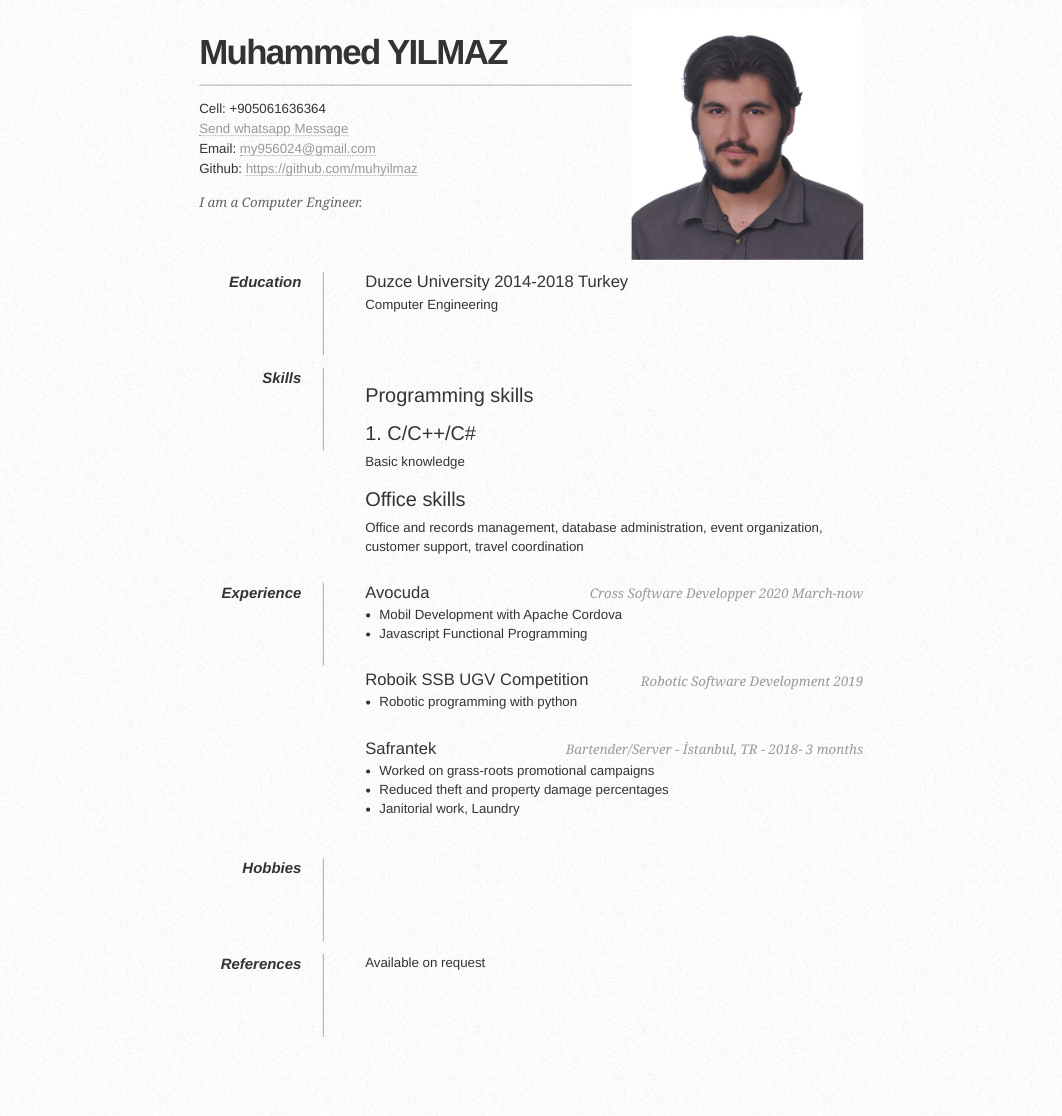
Repository: muhyilmaz/muhyilmaz.github.io
Page: index.html
These files come from the project's save history. The page is drawn as it stood at one moment and after the next save; the edit follows.
The browser window is 1280 px wide. The pictures show the whole page, at 83% of full size.

Above is the page before, as saved 2020-06-08 18:27:24.

### index.html
<!DOCTYPE html PUBLIC "-//W3C//DTD XHTML 1.0 Strict//EN"
"http://www.w3.org/TR/xhtml1/DTD/xhtml1-strict.dtd">

<html xmlns="http://www.w3.org/1999/xhtml" xml:lang="en" lang="en">

<head>

     <meta http-equiv="Content-Type" content="text/html; charset=utf-8"/>
     <meta name="viewport" content="width=device-width, initial-scale=1">
     <link rel="stylesheet" href="https://maxcdn.bootstrapcdn.com/bootstrap/3.4.1/css/bootstrap.min.css">
     <script src="https://ajax.googleapis.com/ajax/libs/jquery/3.5.1/jquery.min.js"></script>
     <script src="https://maxcdn.bootstrapcdn.com/bootstrap/3.4.1/js/bootstrap.min.js"></script>

     <title>MUHAMMED YILMAZ</title>

     <style type="text/css">
        * { margin: 0; padding: 0; }
        body { font: 16px Helvetica, Sans-Serif; line-height: 24px; background: url(images/noise.jpg); }
        .clear { clear: both; }
        #page-wrap { width: 800px; margin: 40px auto 60px; }
        #pic { float: right; margin: -30px 0 0 0; }
        h1 { margin: 0 0 16px 0; padding: 0 0 16px 0; font-size: 42px; font-weight: bold; letter-spacing: -2px; border-bottom: 1px solid #999; }
        h2 { font-size: 20px; margin: 0 0 6px 0; position: relative; }
        h2 span { position: absolute; bottom: 0; right: 0; font-style: italic; font-family: Georgia, Serif; font-size: 16px; color: #999; font-weight: normal; }
        p { margin: 0 0 16px 0; }
        a { color: #999; text-decoration: none; border-bottom: 1px dotted #999; }
        a:hover { border-bottom-style: solid; color: black; }
        ul { margin: 0 0 32px 17px; }
        #objective { width: 500px; float: left; }
        #objective p { font-family: Georgia, Serif; font-style: italic; color: #666; }
        dt { font-style: italic; font-weight: bold; font-size: 18px; text-align: right; padding: 0 26px 0 0; width: 150px; float: left; height: 100px; border-right: 1px solid #999;  }
        dd { width: 600px; float: right; }
        dd.clear { float: none; margin: 0; height: 15px; }
     </style>
</head>

<body>

    <div id="page-wrap">

        <img src="images/profileres.jpg" alt="Photo of Cthulu" id="pic" />

        <div id="contact-info" class="vcard">

            <!-- Microformats! -->

            <h1 class="fn">Muhammed YILMAZ</h1>

            <p>
                Cell: <span class="tel">+905061636364</span><br />
                <a href="https://api.whatsapp.com/send?phone=905061636364">Send whatsapp Message</a><br />
                Email: <a class="email" href="mailto:my956024@gmail.com">my956024@gmail.com</a><br />
                Github: <a href="https://github.com/muhyilmaz">https://github.com/muhyilmaz</a>
            </p>
        </div>

        <div id="objective">
            <p>
                I am a Computer Engineer.
            </p>
        </div>

        <div class="clear"></div>

        <dl>
            <dd class="clear"></dd>

            <dt>Education</dt>
            <dd>
                <h2>Duzce University 2014-2018 Turkey</h2>
                <p> Computer Engineering </br>

				</p>
            </dd>

            <dd class="clear"></dd>

            <dt>Skills</dt>
            <dd>
                <!---
				<h2>Office skills</h2>
                <p>Office and records management, database administration, event organization, customer support, travel coordination</p>

                <h2>Computer skills</h2>
                <p>Microsoft productivity software (Word, Excel, etc), Adobe Creative Suite, Windows</p>
				-->
				<h3>Programming skills</h3>
				<h3>1. C/C++/C# </h3>
                <p>Basic knowledge </p>
                <!--
                <div class="progress">
                    <div class="progress-bar progress-bar-info" role="progressbar" aria-valuenow="60" aria-valuemin="0" aria-valuemax="100" style="width:60%">
                      60% Complete
                    </div>
                  </div>
				-->
				<h3>Office skills</h3>
                <p>Office and records management, database administration, event organization, customer support, travel coordination</p>
			</dd>

            <dd class="clear"></dd>

            <dt>Experience</dt>
            <dd>
                <h2>Avocuda <span>Cross Software Developper 2020 March-now</span></h2>
                <ul>
                    <li> Mobil Development with Apache Cordova</li>
					<li> Javascript Functional Programming</li>

                </ul>
                <h2>Roboik SSB UGV Competition <span>Robotic Software Development 2019</span></h2>
                <ul>
                    <li>Robotic programming with python</li>

                </ul>
                <h2>Safrantek <span>Bartender/Server - İstanbul, TR - 2018- 3 months</span></h2>
                <ul>
                    <li>Worked on grass-roots promotional campaigns</li>
                    <li>Reduced theft and property damage percentages</li>
                    <li>Janitorial work, Laundry</li>
                </ul>
            </dd>

            <dd class="clear"></dd>

            <dt>Hobbies</dt>
            <dd></dd>

            <dd class="clear"></dd>

            <dt>References</dt>
            <dd>Available on request</dd>

            <dd class="clear"></dd>
        </dl>

        <div class="clear"></div>

    </div>

</body>

</html>

After the next save:
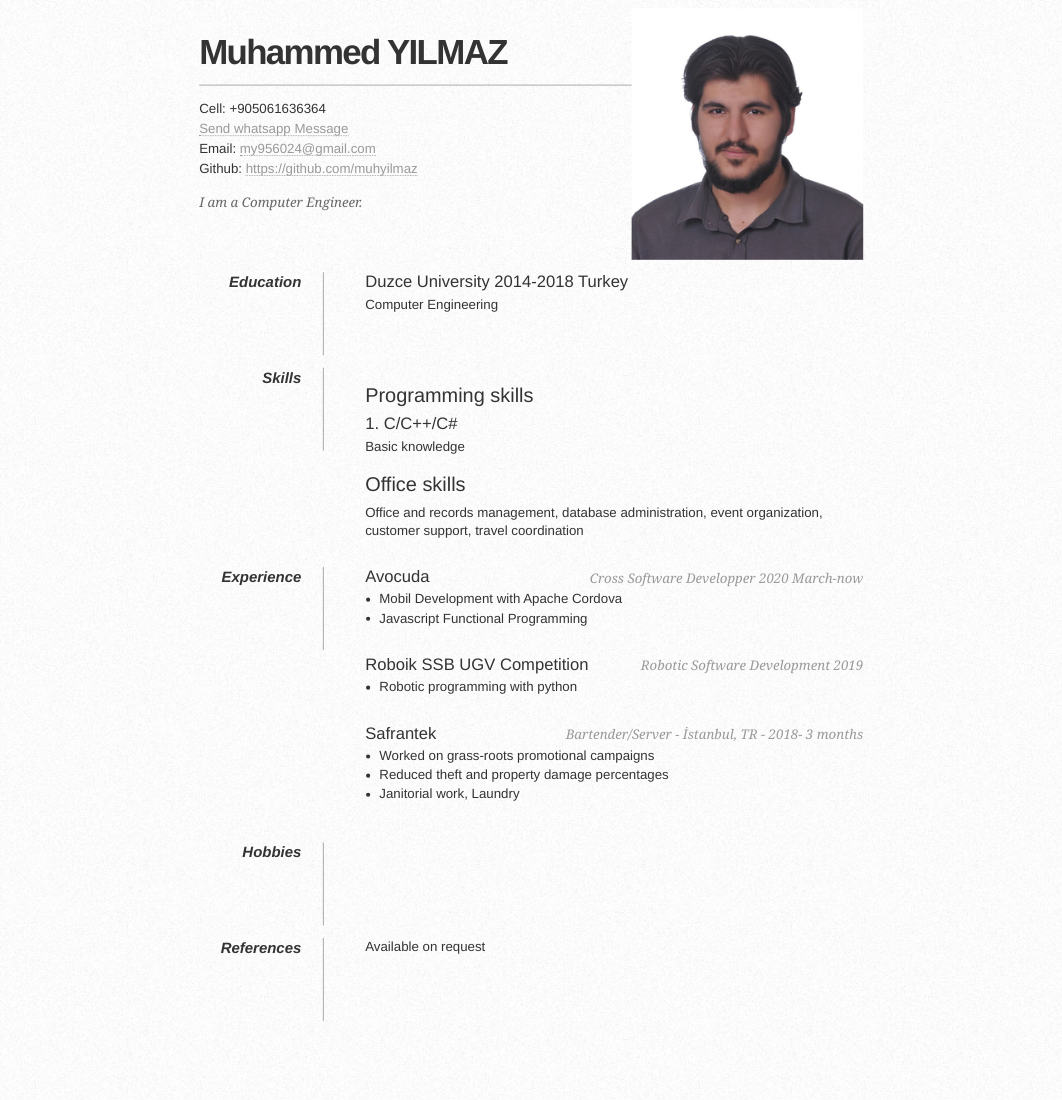
Saved 7 s later.
--- a/index.html
+++ b/index.html
@@ -85,7 +85,7 @@
                 <p>Microsoft productivity software (Word, Excel, etc), Adobe Creative Suite, Windows</p>
 				-->
 				<h3>Programming skills</h3>
-				<h3>1. C/C++/C# </h3>
+				<h2>1. C/C++/C# </h2>
                 <p>Basic knowledge </p>
                 <!--
                 <div class="progress">
